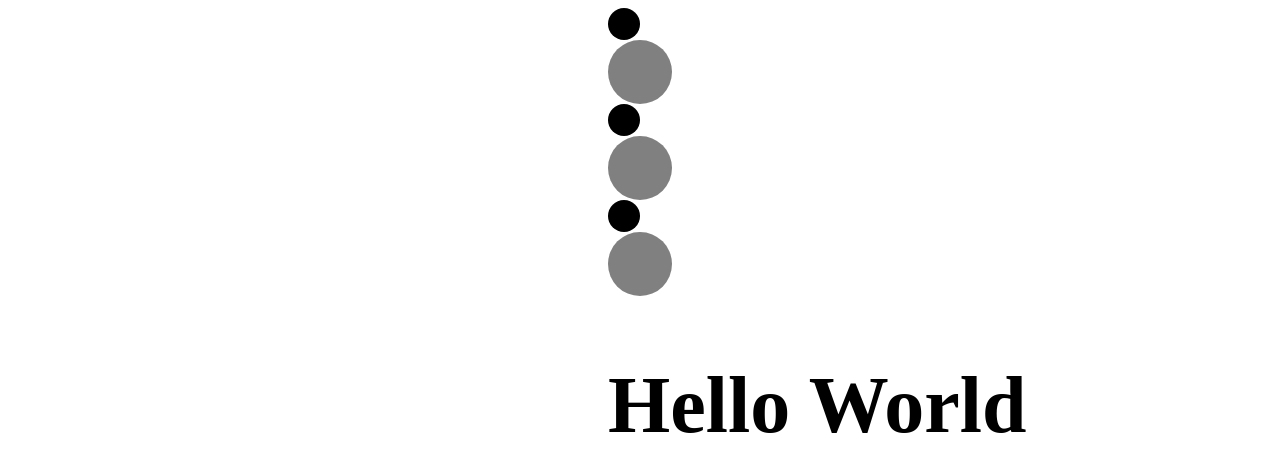
Repository: sarahlochhead/css-demo
Page: index.html
The author's editor kept a copy of each file at every save. The page is drawn from the files as they stood at one save, then again after a run of saves.
The browser window is 1280 px wide. The pictures show the whole page.

Above is the page before, as saved 2023-04-28 12:25:36.

After the next 2 saves:
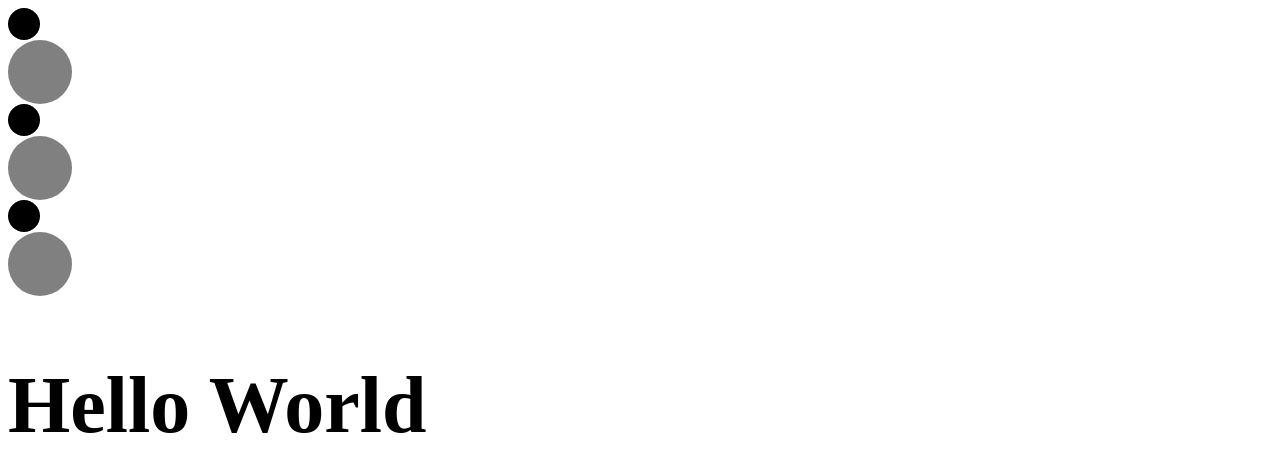
The 2 saves are shown as one change because they came seconds apart.
The last was saved 47 s later.
--- a/styles.css
+++ b/styles.css
@@ -1,10 +1,4 @@
 @charset "utf-8";
-
-body {
-    display: flex;
-    justify-content: center;
-    align-items: center;
-}
 
 h1 {
     position: absolute;
